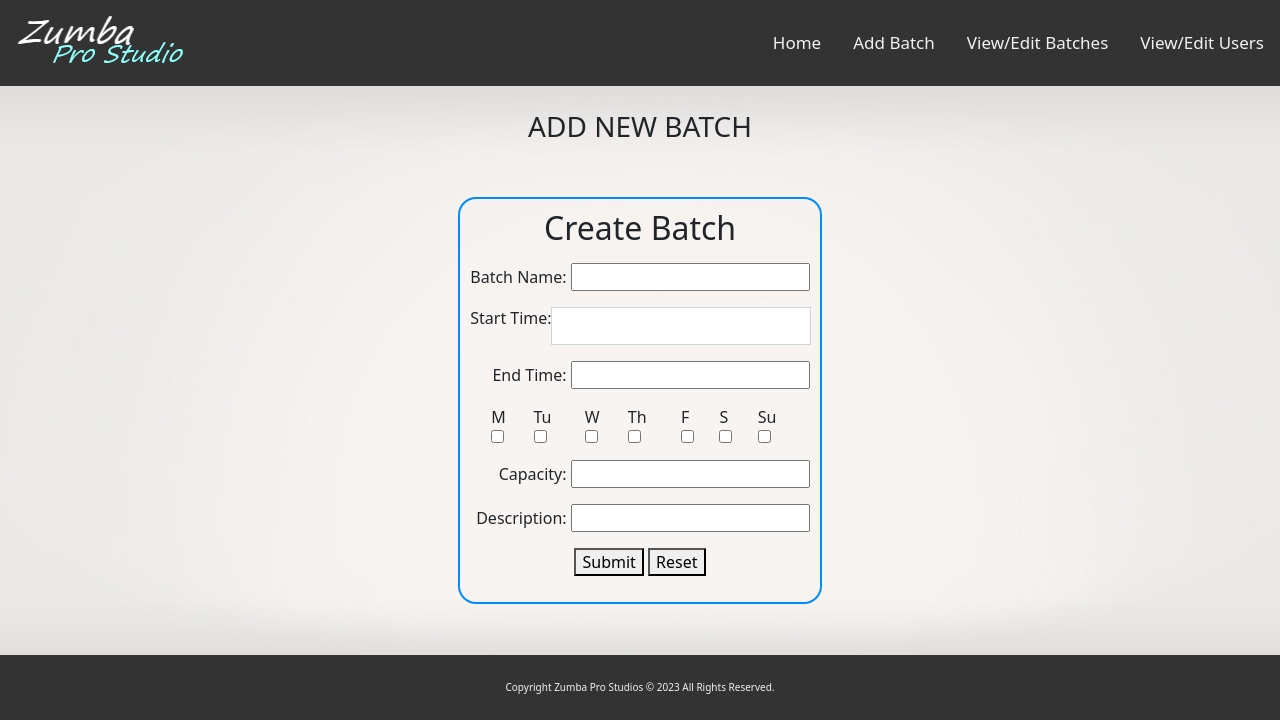
Repository: basemsamuel/Zumba
Page: http://localhost/ZumbaProStudio/addbatch.jsp
The author's editor kept a copy of each file at every save. The page is drawn from the files as they stood at one save, then again after the next save.
The browser window is 1280 px wide. The pictures show the whole page.
The page is served by Tomcat 10.

Above is the page before, as saved 2023-07-30 23:36:00.

After the next save:
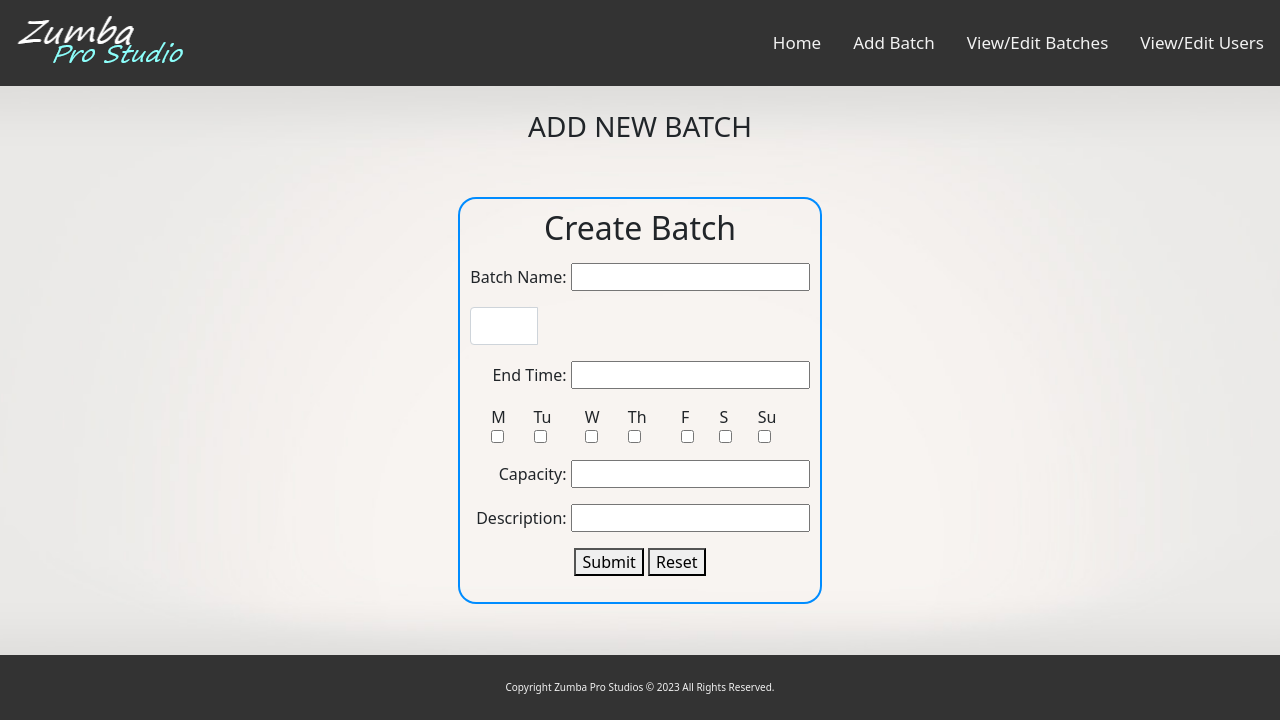
Saved 76 s later.
--- a/ZumbaProStudio/src/main/webapp/addbatch.jsp
+++ b/ZumbaProStudio/src/main/webapp/addbatch.jsp
@@ -23,14 +23,17 @@
 						        </p>
 						    </div>
 
-						    <div class='form-group'>
-						        <p>
-							        <div class='right input-group date'>
-							            <label for="stime">Start Time:</label>
-							            <input type='text' class="form-control" id="stime" name="stime"><span class="input-group-addon"><span class="glyphicon glyphicon-calendar"></span></span>
-							        </div>
-						        </p>
-						    </div>
+						     <div class="row">
+        <div class='col-sm-3'>
+            <div class="form-group">
+                <div class='input-group date' id='datetimepicker1'>
+                    <input type='text' class="form-control" />
+                    <span class="input-group-addon"><span class="glyphicon glyphicon-calendar"></span>
+                    </span>
+                </div>
+            </div>
+        </div>
+    </div>
 
 
 						    <div>

After the save that followed:
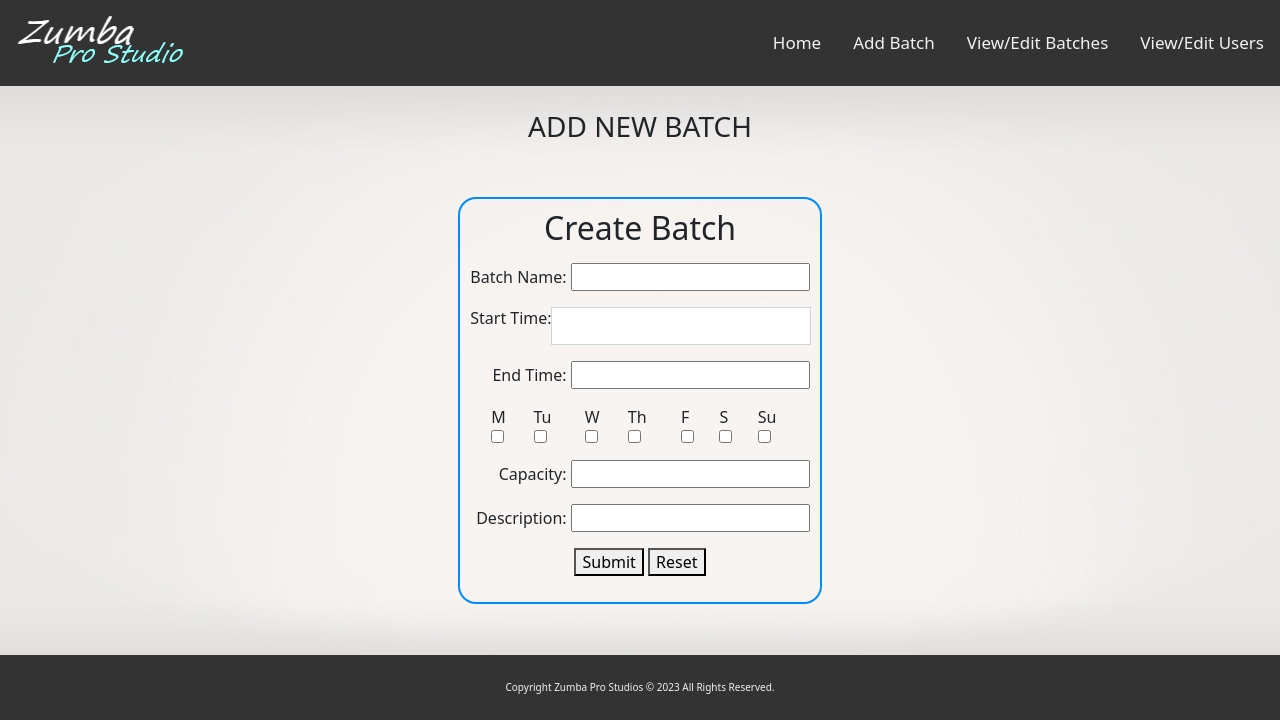
Saved 21 s later.
--- a/ZumbaProStudio/src/main/webapp/addbatch.jsp
+++ b/ZumbaProStudio/src/main/webapp/addbatch.jsp
@@ -23,17 +23,14 @@
 						        </p>
 						    </div>
 
-						     <div class="row">
-        <div class='col-sm-3'>
-            <div class="form-group">
-                <div class='input-group date' id='datetimepicker1'>
-                    <input type='text' class="form-control" />
-                    <span class="input-group-addon"><span class="glyphicon glyphicon-calendar"></span>
-                    </span>
-                </div>
-            </div>
-        </div>
-    </div>
+						    <div class='form-group'>
+						        <p>
+							        <div class='right input-group date'>
+							            <label for="stime">Start Time:</label>
+							            <input type='text' class="form-control" id="stime" name="stime"><span class="input-group-addon"><span >
+							        </div>
+						        </p>
+						    </div>
 
 
 						    <div>
